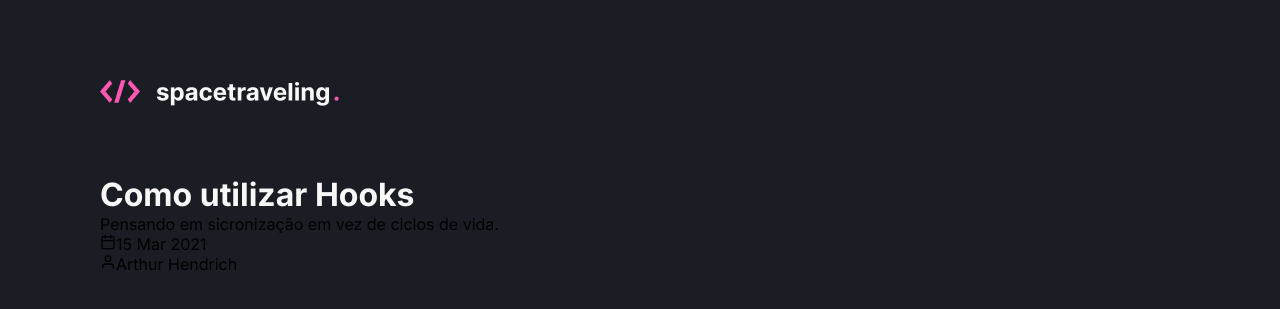
Repository: ArthurHendrich/Ignite-NextJS
Page: /
These files come from the project's save history. The page is drawn as it stood at one moment and after the next save; the edit follows.
The browser window is 1280 px wide. The pictures show the whole page.
The project was rebuilt for these pictures with package versions that can differ from the ones it lists, and the page was loaded fresh each time. The framework's server and built-in components were replaced by stand-ins that run in the browser.

Above is the page before, as saved 2022-07-09 15:40:22.

### src/pages/_document.tsx
import Document, { Head, Html, Main, NextScript } from 'next/document';

export default class MyDocument extends Document {
  render() {
    return (
      <Html>
        <Head>
          <link rel="preconnect" href="https://fonts.googleapis.com" />
          <link href="https://fonts.googleapis.com/css2?family=Inter:wght@400;600;700&display=swap" rel="stylesheet" />
        </Head>
        <body>
          <Main />
          <NextScript />
        </body>
      </Html>
    );
  }
}

### src/pages/index.tsx
import { GetStaticProps } from 'next';

import { getPrismicClient } from '../services/prismic';

import commonStyles from '../styles/common.module.scss';
import styles from './home.module.scss';
import { FiCalendar, FiUser } from 'react-icons/fi';

interface Post {
  uid?: string;
  first_publication_date: string | null;
  data: {
    title: string;
    subtitle: string;
    author: string;
  };
}

interface PostPagination {
  next_page: string;
  results: Post[];
}

interface HomeProps {
  postsPagination: PostPagination;
}

export default function Home() {
  return (
    <main className={commonStyles.Container}>
      <div className={styles.Container}>
        <h1>Como utilizar Hooks</h1>
        <p>Pensando em sicronização em vez de ciclos de vida.</p>
        <div className={styles.ContentInfo}>
          <div className={styles.Date}>
            <FiCalendar />
            <span>15 Mar 2021</span>
          </div>
          <div className={styles.Author}>
            <FiUser />
            <span>Arthur Hendrich</span>
          </div>
        </div>
      </div>
    </main>
  );
}

// export const getStaticProps = async () => {
//   const prismic = getPrismicClient({});
//   const postsResponse = await prismic.getByType(TODO);

//   TODO
// };

### src/components/Header/index.tsx
import styles from './header.module.scss';

export default function Header() {
  return (
    <header className={styles.Container}>
        <img src="images/Logo.png" alt="logo"/>
    </header>
  )
}

### src/styles/globals.scss
* {
  box-sizing: border-box;
  margin: 0;
  padding: 0;
}

:root {
  --Highlight: #FF57B2;
  --Heading: #F8F8F8;
  --Background: #1A1D23;
  --Info: #BBBBBB;
  --Body: #D7D7D7;
}


@media (max-width: 1080px) {
  html {
    font-size: 93.75%;
  }
}

@media (max-width: 720px) {
  html {
    font-size: 87.5%;
  }
}

body{
  background: var(--Background);
}

body, input, textarea, select, button {
  font: 400 1rem 'Inter', sans-serif;
}

button {
  cursor: pointer;
}

a {
  color: inherit;
  text-decoration: none;
}

### src/styles/common.module.scss
.Container {
  max-width: 1080px;
  margin: 0 auto;
}

### src/pages/home.module.scss
.Container {
  margin-top: 4.0625rem;

  h1 {
    color: var(--Heading);
  }
}

### src/components/Header/header.module.scss
.Container {
  max-width: 1080px;
  margin: 0 auto;
  margin-top: 5rem;
}

Loaded but not shown: src/pages/_app.tsx (common file)

After the next save:
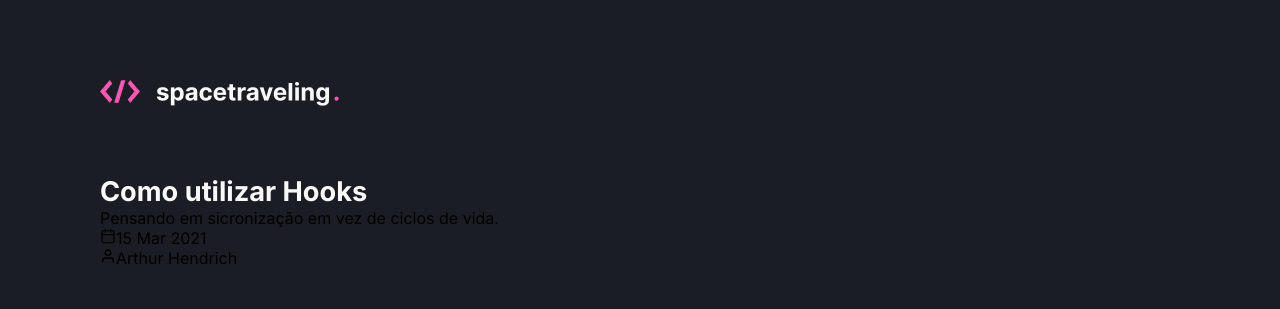
Saved 28 s later.
--- a/src/pages/home.module.scss
+++ b/src/pages/home.module.scss
@@ -2,6 +2,7 @@
   margin-top: 4.0625rem;
 
   h1 {
+    font-size: 1.7rem;
     color: var(--Heading);
   }
 }
